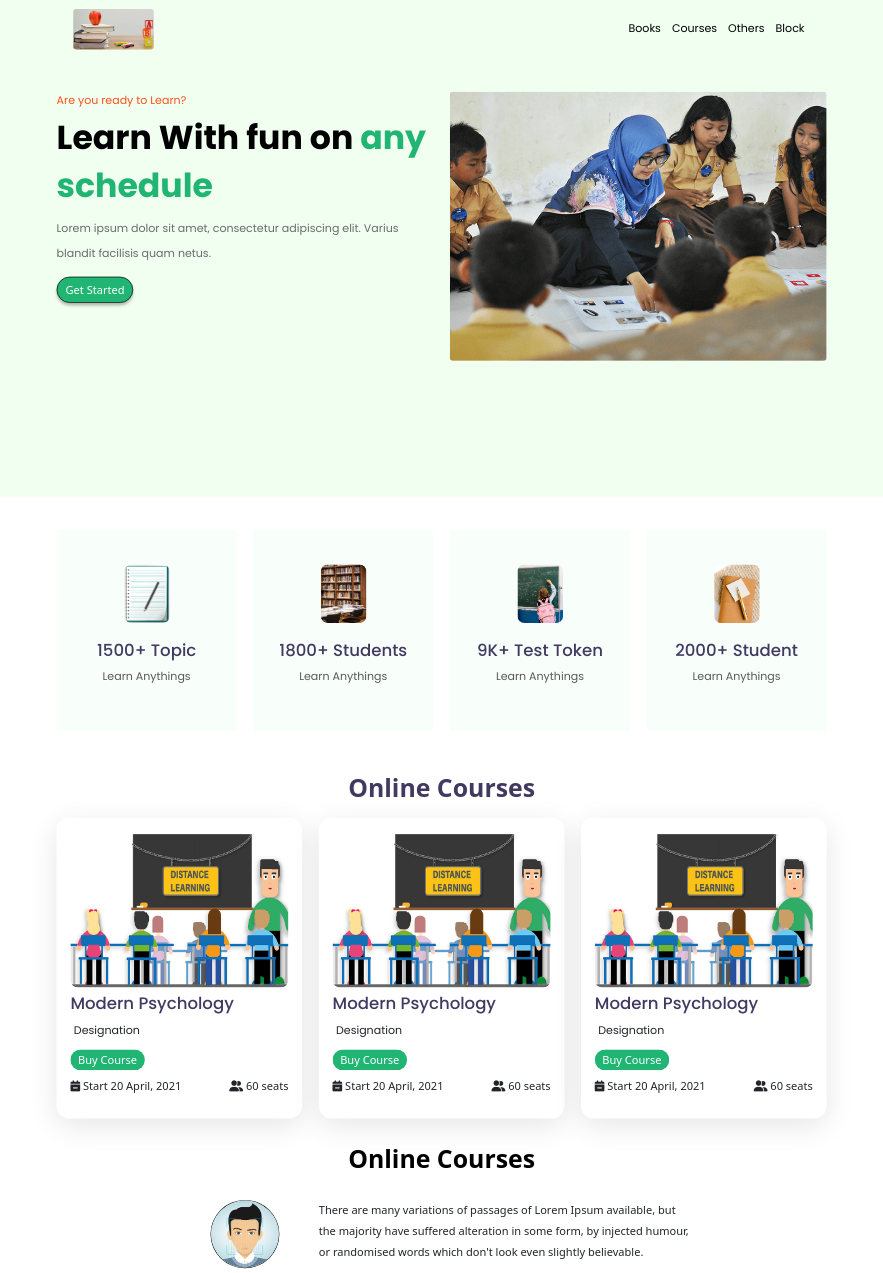
Repository: zjria/Figma-to-E-school
Page: index.html
An editor plug-in stored every save of this project. The page is shown before and after the next save, followed by the edit.
The browser window is 1280 px wide. The pictures show the whole page, at 69% of full size.
Some web libraries are served in a nearby version.

Above is the page before, as saved 2022-05-07 08:49:38.

After the next save:
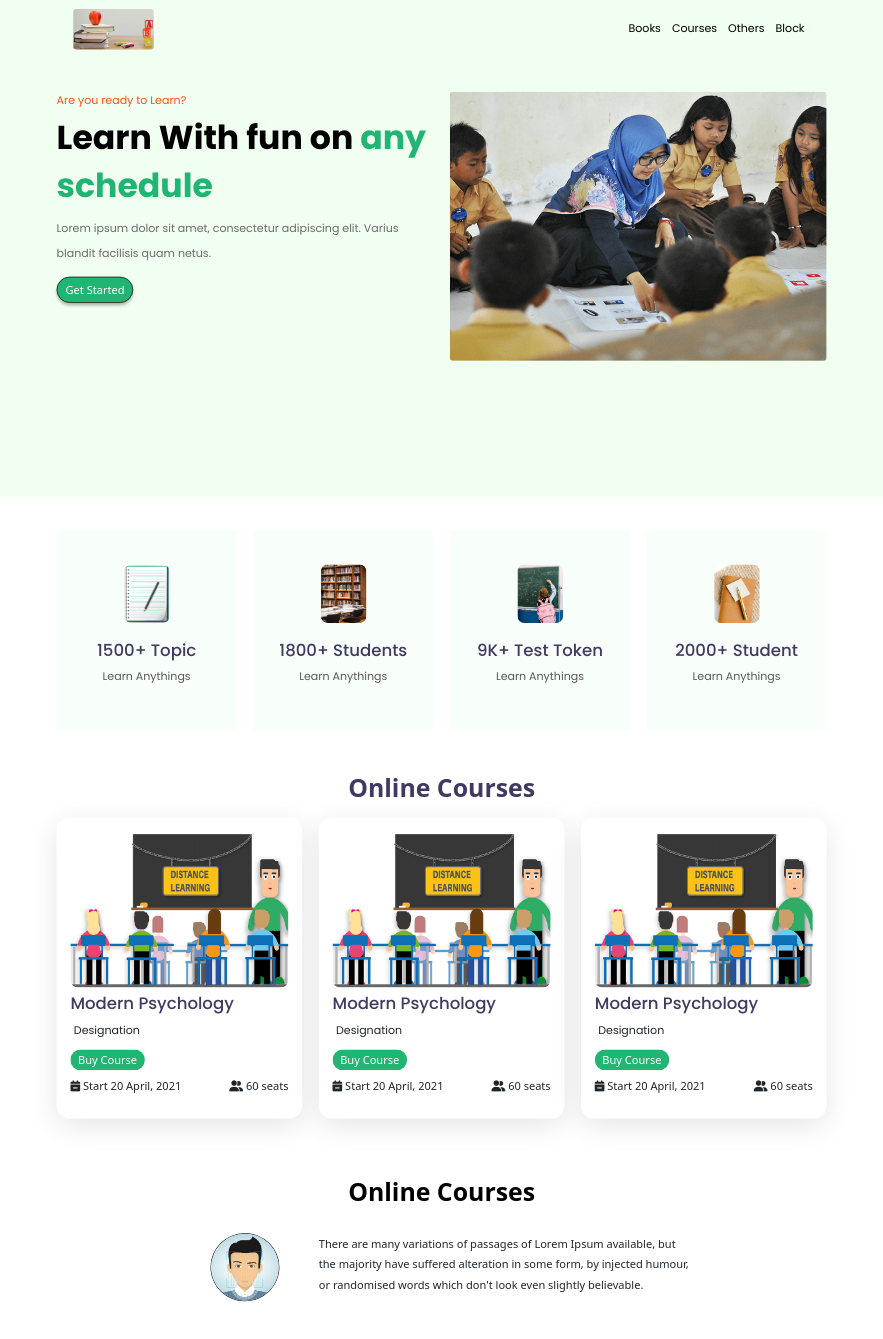
Saved 39 s later.
--- a/index.html
+++ b/index.html
@@ -148,7 +148,7 @@
      </section>
 
      <!-- Testimonial -->
-     <section class="testimonial">
+     <section class="testimonial pt-3 p-md-5">
        <div class="container">
         <div class="row">
           <div class="col-12 online-header testimonial-color">
